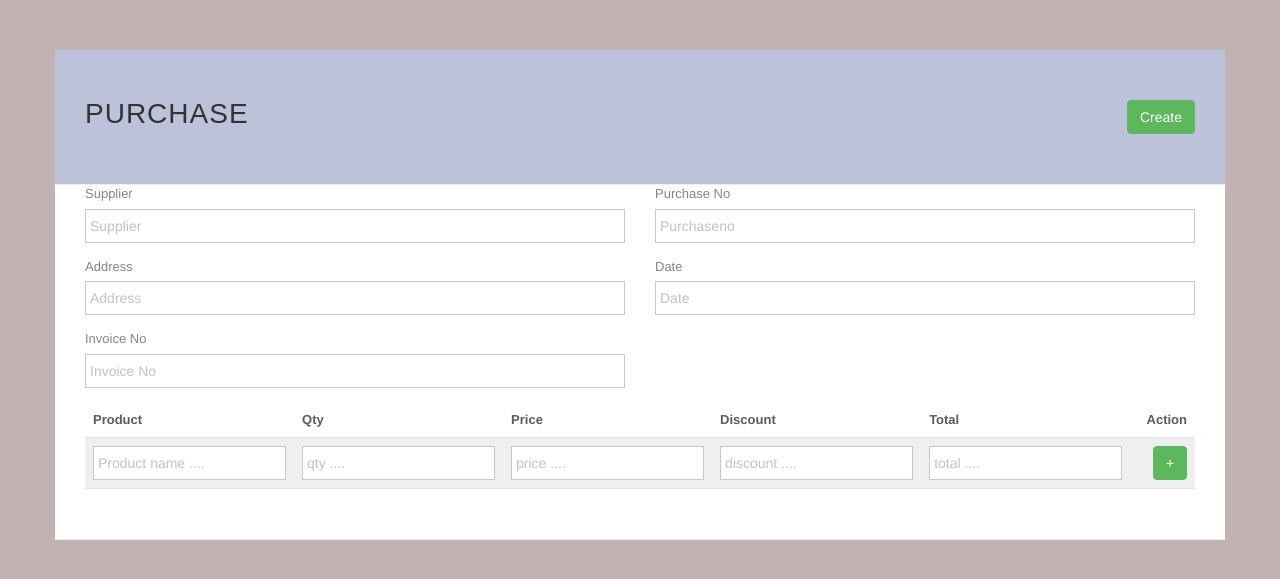
Repository: shofiulalammiyazi/bdortho
Page: http://localhost/home/purchase/purchaseCreate
These files come from the project's save history. The page is drawn as it stood at one moment and after the next save; the edit follows.
The browser window is 1280 px wide. The pictures show the whole page.
The page is this project's Thymeleaf template; nobody is signed in. Other server files are loaded and not shown. The template is opened directly, without the code that normally fills it, so the values that code supplies are empty.

Above is the page before, as saved 2021-11-26 15:54:40.

### stock/src/main/resources/templates/home/purchase/purchaseCreate.html
<!DOCTYPE html>
<html lang="en" xmlns:th="http://www.thymeleaf.org">
<head>
	<meta charset="ISO-8859-1">
	<title>Company Create</title>
	<link rel="stylesheet" href="/vendor/bootstrap/css/bootstrap.min.css">
	<link rel="stylesheet" href="/vendor/fontawesome/css/font-awesome.min.css">
	<link rel="stylesheet" href="/vendor/themify-icons/themify-icons.min.css">
	<link href="/vendor/animate.css/animate.min.css" rel="stylesheet" media="screen">
	<link href="/vendor/perfect-scrollbar/perfect-scrollbar.min.css" rel="stylesheet" media="screen">
	<link href="/vendor/switchery/switchery.min.css" rel="stylesheet" media="screen">
	<!-- end: MAIN CSS -->
	<!-- start: CLIP-TWO CSS -->
	<link rel="stylesheet" href="/assets/css/styles.css">
	<link rel="stylesheet" href="/assets/css/plugins.css">
	<link rel="stylesheet" href="/assets/css/themes/theme-1.css" id="skin_color" />


	<script src="/vendor/jquery/jquery.min.js"></script>
	<script src="/vendor/bootstrap/js/bootstrap.min.js"></script>
	<script src="/vendor/modernizr/modernizr.js"></script>
	<script src="/vendor/jquery-cookie/jquery.cookie.js"></script>
	<script src="/vendor/perfect-scrollbar/perfect-scrollbar.min.js"></script>
	<script src="/vendor/switchery/switchery.min.js"></script>

	<script src="/vendor/jquery-validation/jquery.validate.min.js"></script>
	<script src="/assets/js/main.js"></script>
	<script src="/assets/js/login.js"></script>


</head>
<style>
	body {
		background-color: #C1B2B2;
	}

	.bg-light-skyblue{
	 	background-color: #bdc2db;
	 	margin-top: 50px;
	 }




</style>

<body>
<form method="post" th:action="@{/purchase/save}">
	<div id="app">
		<div>
			<div class="wrap-content container" id="container">
				<section id="page-title" class="bg-light-skyblue">
					<div class="row">
						<div class="col-sm-8">
							<h1 class="mainTitle">Purchase</h1>
						</div>

						<div class="col-sm-4 text-right">
							<button class="btn btn-success" data-toggle="modal" onclick="editPageLoad()">Create</button>
						</div>
					</div>
				</section>

				<div>
					<div class="col-sm-6">
						<div><label>Supplier</label></div>
						<div class="form-group"><input type="text" class="form-control" id="supplier" name="supplier" placeholder="Supplier"></div>

						<div><label>Address</label></div>
						<div class="form-group"><input type="text" class="form-control" id="address" name="address" placeholder="Address"></div>

						<div><label>Invoice No</label></div>
						<div class="form-group"><input type="text" class="form-control" id="invoiceno" name="invoice_no" placeholder="Invoice No"></div>
					</div>
					<div class="col-sm-6">
						<div><label>Purchase No</label></div>
						<div class="form-group"><input type="text" class="form-control" id="purchase no" name="purchase_no" placeholder="Purchaseno"></div>

						<div><label>Date</label></div>
						<div class="form-group"><input type="text" class="form-control" id="date" name="date" placeholder="Date"></div>
					</div>
				</div>

				<div class="container-fluid container-fullw bg-white">
					<div class="row">
						<div class="col-md-12">
							<div>
								<div class="row">
									<div class="col-sm-12">
										<table id="table myTable" class="table table-striped">
											<thead>
												<tr>
													<th>Product</th>
													<th>Qty</th>
													<th>Price</th>
													<th>Discount</th>
													<th>Total</th>
													<th class="text-right">Action</th>
												</tr>
											</thead>
											<tbody >
												 <tr>
													<td><input type="text" class="form-control" id="product" name="purchaseDitalsModel[0].product" placeholder="Product name ...."></td>
													<td><input type="text" class="form-control" id="qty" name="purchaseDitalsModel[0].qty" placeholder="qty ...."></td>
													<td><input type="text" class="form-control" id="price" name="purchaseDitalsModel[0].price" placeholder="price ...."></td>
													<td><input type="text" class="form-control" id="discount" name="purchaseDitalsModel[0].discount" placeholder="discount ...."></td>
													<td><input type="text" class="form-control" id="total" name="purchaseDitalsModel[0].total" placeholder="total ...."></td>
													<td class="text-right">
														<button class="btn btn-success" onclick="myTablerow()" ><i class="">+</i></button>
													</td>
												</tr>

											</tbody>
										</table>
									</div>
								</div>
							</div>
						</div>
					</div>
				</div>
			</div>
		</div>
	</div>
</form>
</body>




<script>
	/* if (!!id) {
		showPageLoad(id);
	}

	function showPageLoad(id) {
		$.ajax({
			url: '/company/get-by-id?id='+id,
			success: function (response, xhr, status) {
				$('#show-page #name').text(response.name);
				$('#show-page #address').text(response.address);

				$('#show-page .btn-edit').attr('onclick', 'editPageLoad('+response.id+')')
				$('#show-page .btn-delete').attr('onclick', 'deletePageLoad('+response.id+')')

				$('#show-page').modal("toggle");
			}
		})
	}

	function editPageLoad(id) {
		if (!id) {
			$('#create-modal input').val('');
			$('#create-modal').modal("toggle");
		}
		else {
			$.ajax({
				url: '/company/get-by-id?id='+id,
				success: function (response, xhr, status) {
					$('#create-modal #id').val(response.id);
					$('#create-modal #name').val(response.name);
					$('#create-modal #address').val(response.address);

					$('#create-modal').modal("toggle");
				}
			})
		}
	}

	function deletePageLoad(id) {
		$('#delete-page #id').val(id);
		$('#delete-page').modal("toggle");
	}

	$(document).ready(() => {
		$('#table').DataTable({dom : 'rfltip'});
	}) */


	function myTablerow() {
		  var table = document.getElementById("myTable");
		  var row = table.insertRow(0);
		  var cell1 = row.insertCell(0);
		  var cell2 = row.insertCell(1);
		  cell1.innerHTML = "NEW CELL1";
		  cell2.innerHTML = "NEW CELL2";
		}
</script>







</html>

### stock/src/main/resources/static/assets/css/themes/theme-1.css
/* ---------------------------------------------------------------------- */
/*  Theme 1
/* ---------------------------------------------------------------------- */
::-moz-selection {
  background: #007aff;
  text-shadow: none;
  color: #ffffff;
}

::selection {
  background: #007aff;
  text-shadow: none;
  color: #ffffff;
}

body {
  background: #FAFAFA;
}

@media (max-width: 991px) {
  .app-content {
    background: #FAFAFA;
  }
}

header .navbar-header {
  background: #ffffff !important;
  border-right-color: #c8c7cc !important;
  border-bottom-color: #c8c7cc !important;
}
header .navbar-header .sidebar-toggler, header .navbar-header .sidebar-mobile-toggler {
  color: #007aff !important;
}
header .navbar-header .navbar-brand {
  color: #777 !important;
}
header .navbar-header .menu-toggler {
  color: #007aff !important;
}
header .navbar-collapse {
  background: #ffffff !important;
  border-bottom-color: #c8c7cc !important;
  box-shadow: none !important;
}
header .navbar-collapse .navbar-right > li > a {
  color: #777;
}
header .navbar-collapse .navbar-right > li > a i {
  color: #007aff !important;
}
header .navbar-collapse .navbar-right > li > a:hover, header .navbar-collapse .navbar-right > li > a:focus, header .navbar-collapse .navbar-right > li > a:active {
  background: #ebebeb !important;
}
header .navbar-collapse .navbar-right > li.open > a {
  background: #ebebeb !important;
}
header .navbar-collapse .navbar-right .dot-badge {
  border-color: #ffffff;
}
@media (max-width: 991px) {
  header .navbar-collapse {
    background: #ffffff !important;
    box-shadow: none;
  }
  header .navbar-collapse .navbar-right > li.open {
    background: #ebebeb !important;
  }
  header .navbar-collapse .navbar-right > li:hover, header .navbar-collapse .navbar-right > li:active, header .navbar-collapse .navbar-right > li:focus {
    background: #ebebeb !important;
  }
  header .navbar-collapse .navbar-right > li > a {
    color: #777;
  }
  header .navbar-collapse .navbar-right > li > a i {
    color: #007aff !important;
  }
  header .navbar-collapse .navbar-right > li > a:hover {
    background: #ebebeb !important;
  }
  header .navbar-collapse .navbar-right > li > a:focus, header .navbar-collapse .navbar-right > li > a:active {
    background: none !important;
  }
  header .navbar-collapse .navbar-right > li.open > a {
    background: #ebebeb !important;
  }
}
@media (max-width: 991px) and (max-width: 767px) {
  header .navbar-collapse .navbar-right > li {
    border-bottom: 1px solid #c8c7cc !important;
  }
}
@media (max-width: 991px) {
  header .navbar-collapse .navbar-right .dot-badge {
    border-color: #ffffff;
  }
}
@media (max-width: 767px) {
  header .navbar-collapse {
    background: #ffffff !important;
  }
  header .navbar-collapse .close-handle {
    background: #ffffff;
  }
  header .navbar-collapse .close-handle .arrow-left, header .navbar-collapse .close-handle .arrow-right {
    background-color: #007aff;
  }
  header .navbar-collapse .navbar-right .current-user a i {
    color: #ffffff !important;
    background: rgba(0, 122, 255, 0.3);
  }
}
header .dropdown-off-sidebar {
  border-left-color: #c8c7cc !important;
  background: #ffffff !important;
  color: #007aff !important;
}
@media (max-width: 991px) {
  header .dropdown-off-sidebar {
    background: #ffffff !important;
    border-left-color: #c8c7cc !important;
    color: #007aff !important;
  }
}

#sidebar {
  background: #EFEFF4 !important;
}
#sidebar:before {
  border-right-width: "1px" !important;
  border-right-style: solid;
  border-right-color: #c8c7cc !important;
}
#sidebar nav {
  border-right-width: "1px" !important;
  border-right-style: solid;
  border-right-color: #c8c7cc !important;
}
#sidebar nav .navbar-title {
  color: #aaaaaa;
}
#sidebar nav > ul {
  background: #ffffff !important;
  border-bottom-color: #c8c7cc !important;
  border-top-color: #c8c7cc !important;
}
#sidebar nav > ul > li a:active:focus {
  background: #e6e6e6 !important;
}
#sidebar nav > ul > li > a .item-media > i {
  color: #007aff !important;
}
#sidebar nav > ul > li > a .item-media .fa-stack .fa-square {
  color: #007aff !important;
}
#sidebar nav > ul > li > a .item-inner {
  color: #777 !important;
  border-bottom-color: #c8c7cc;
}
#sidebar nav > ul > li.hover {
  background: #f2f2f2 !important;
}
#sidebar nav > ul > li.open {
  background: #f2f2f2 !important;
}
.no-touch #sidebar nav > ul > li:hover {
  background: #f2f2f2 !important;
}
#sidebar nav > ul > li.active {
  background: #007aff !important;
}
#sidebar nav > ul > li.active:hover {
  background: #007aff !important;
}
@media (min-width: 992px) {
  #sidebar nav > ul > li.active:before {
    border-right-color: #c8c7cc !important;
  }
  #sidebar nav > ul > li.active:after {
    border-right-color: #FAFAFA !important;
  }
}
#sidebar nav > ul > li.active > a:active:focus {
  background: #006ee6 !important;
}
#sidebar nav > ul > li.active > a .item-inner {
  color: #ffffff !important;
}
#sidebar nav > ul > li.active > a .item-media > i {
  color: #ffffff !important;
}
#sidebar nav > ul > li.active > a .item-media .fa-stack .fa-square {
  color: #007aff !important;
}
#sidebar nav > ul > li.active .sub-menu {
  background: #f7f7f7;
}
#sidebar nav > ul .sub-menu {
  background: #f7f7f7;
}
#sidebar nav > ul .sub-menu > li.open {
  background: #f2f2f2 !important;
}
#sidebar nav > ul .sub-menu > li a {
  color: #777;
}
#sidebar nav > ul .sub-menu > li.active a {
  background: #e0e0e0 !important;
}
#sidebar nav ul > li.hover {
  background: #f2f2f2;
}
.no-touch #sidebar nav ul > li:hover {
  background: #f2f2f2;
}
#sidebar nav ul > li.open {
  background: #f2f2f2;
}
#sidebar nav .button-o {
  border-color: #007aff !important;
  color: #007aff !important;
}

@media (min-width: 992px) {
  .app-sidebar-closed .app-aside .search-form {
    background: #dddde8 !important;
    border-bottom-color: #c8c7cc !important;
  }
  .app-sidebar-closed .app-aside .search-form > a {
    color: #777;
  }
  .app-sidebar-closed .app-aside .navbar-form {
    background: #dddde8 !important;
  }
  .app-sidebar-closed .app-aside .navbar-form a {
    color: #777 !important;
  }
  .app-sidebar-closed .app-aside .navbar-form .form-group input {
    background: rgba(255, 255, 255, 0.4);
  }
  .app-sidebar-closed .app-aside .navbar-form .form-group input::-webkit-input-placeholder {
    /* WebKit browsers */
    color: #777;
  }
  .app-sidebar-closed .app-aside .navbar-form .form-group input:-moz-placeholder {
    /* Mozilla Firefox 4 to 18 */
    color: #777;
  }
  .app-sidebar-closed .app-aside .navbar-form .form-group input::-moz-placeholder {
    /* Mozilla Firefox 19+ */
    color: #777;
  }
  .app-sidebar-closed .app-aside .navbar-form .form-group input:-ms-input-placeholder {
    /* Internet Explorer 10+ */
    color: #777;
  }
  .app-sidebar-closed .app-aside > .item-inner {
    background: #e6e6e6 !important;
  }
  .app-sidebar-closed .app-aside > .item-inner .title {
    color: #777 !important;
  }
  .app-sidebar-closed .app-aside > .item-inner.active {
    background: #e6e6e6 !important;
  }
  .app-sidebar-closed .app-aside > .item-inner.active:before {
    border-left: 12px solid #c8c7cc;
  }
  .app-sidebar-closed .app-aside > .item-inner.active:after {
    border-left: 12px solid #007aff !important;
  }
  .app-sidebar-closed .app-aside > .item-inner:before {
    border-left: 12px solid #c8c7cc;
  }
  .app-sidebar-closed .app-aside > .item-inner:after {
    border-left: 12px solid #f2f2f2 !important;
  }
  .app-sidebar-closed .app-aside .form-group {
    background: #dddde8 !important;
    border-color: #c8c7cc !important;
  }
  .app-sidebar-closed .app-aside .sub-menu {
    background: #ffffff;
  }
  .app-sidebar-closed .app-aside .sub-menu li a {
    color: #777 !important;
  }
  .app-sidebar-closed .app-aside .sub-menu li a.hover {
    background: #e6e6e6 !important;
  }
  .no-touch .app-sidebar-closed .app-aside .sub-menu li a:hover {
    background: #e6e6e6 !important;
  }
  .app-sidebar-closed .app-aside .sub-menu li.active > a, .app-sidebar-closed .app-aside .sub-menu li.open > a {
    background: #e6e6e6 !important;
  }
}
@media (min-width: 992px) {
  .app-sidebar-closed ul.sub-menu {
    border-right-color: #c8c7cc !important;
    border-bottom-color: #c8c7cc !important;
  }
}

.navbar-form {
  background: #dddde8 !important;
}
.navbar-form .search-button {
  color: #777;
}
.navbar-form .form-control {
  background: transparent !important;
}
.navbar-form .form-control::-webkit-input-placeholder {
  /* WebKit browsers */
  color: rgba(119, 119, 119, 0.5);
}
.navbar-form .form-control:-moz-placeholder {
  /* Mozilla Firefox 4 to 18 */
  color: rgba(119, 119, 119, 0.5);
}
.navbar-form .form-control::-moz-placeholder {
  /* Mozilla Firefox 19+ */
  color: rgba(119, 119, 119, 0.5);
}
.navbar-form .form-control:-ms-input-placeholder {
  /* Internet Explorer 10+ */
  color: rgba(119, 119, 119, 0.5);
}
.navbar-form .form-control:focus {
  background-color: #ffffff !important;
  border-color: #ffffff;
  transition: all 300ms ease-in 0s;
}
.navbar-form .form-control:focus + .search-button {
  color: #aeacb4;
}
.navbar-form .form-control:focus::-webkit-input-placeholder {
  /* WebKit browsers */
  color: #c2c2c5 !important;
}
.navbar-form .form-control:focus:-moz-placeholder {
  /* Mozilla Firefox 4 to 18 */
  color: #c2c2c5 !important;
}
.navbar-form .form-control:focus::-moz-placeholder {
  /* Mozilla Firefox 19+ */
  color: #c2c2c5 !important;
}
.navbar-form .form-control:focus:-ms-input-placeholder {
  /* Internet Explorer 10+ */
  color: #c2c2c5 !important;
}

#off-sidebar {
  background: #ffffff !important;
  border-color: #c8c7cc !important;
}
#off-sidebar .sidebar-back {
  color: #007aff;
}
#off-sidebar .tab-content {
  background: #ffffff !important;
}
#off-sidebar .nav-tabs.nav-justified > li > a {
  border-color: #c8c7cc;
  color: rgba(0, 122, 255, 0.7);
  background: #f2f2f2;
}
#off-sidebar .nav-tabs.nav-justified > li > a:hover, #off-sidebar .nav-tabs.nav-justified > li > a:focus {
  background: #e6e6e6;
  color: rgba(0, 122, 255, 0.8);
}
#off-sidebar .nav-tabs.nav-justified > li.active > a, #off-sidebar .nav-tabs.nav-justified > li.active > a:hover, #off-sidebar .nav-tabs.nav-justified > li.active > a:focus {
  color: #007aff;
  background: #ffffff;
  border-bottom-color: #ffffff;
}
#off-sidebar .media-list .media {
  border-color: #c8c7cc;
  color: #777;
}
#off-sidebar .media-list .media a:hover {
  background: #e6e6e6;
}
#off-sidebar .media-list .media .media-heading {
  color: #777 !important;
}
#off-sidebar .media-list .media .media-body span {
  color: #919191;
}
#off-sidebar .sidebar-title {
  color: #777;
}
#off-sidebar .discussion .messages-date {
  color: #777;
}
#off-sidebar .discussion .message-name {
  color: #777;
}
#off-sidebar .message-bar {
  background: #e6e6e6;
  border-top-color: #c8c7cc;
}
#off-sidebar .message-bar textarea {
  background: #fff;
  border-color: #c8c7cc;
}
#off-sidebar .message-bar .link {
  color: #007aff;
}
#off-sidebar .message-bar a.icon-only {
  color: #777;
}

.ps-container > .ps-scrollbar-y-rail > .ps-scrollbar-y {
  background-color: #999 !important;
}

#app > footer {
  background: #ffffff !important;
  border-top-color: #c8c7cc !important;
  color: #777;
}

Loaded but not shown: stock/src/main/resources/static/assets/css/styles.css (library); stock/src/main/resources/static/assets/js/main.js (481 lines, source omitted); stock/src/main/resources/static/assets/js/login.js (134 lines, source omitted); stock/src/main/resources/static/assets/css/plugins.css (695 lines, source omitted)

After the next save:
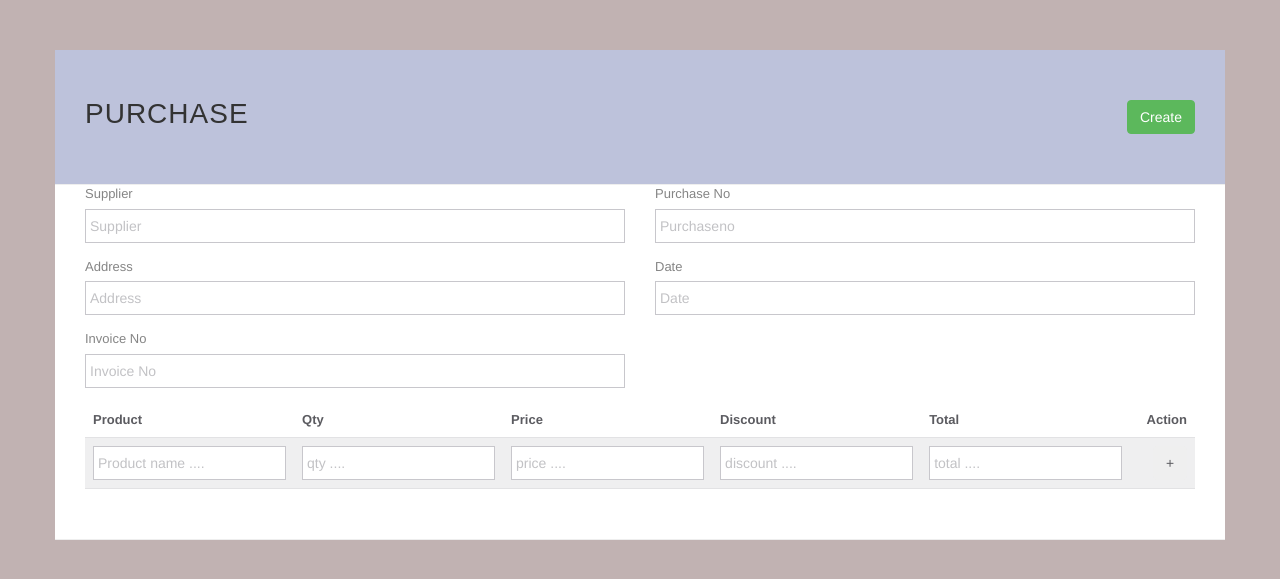
Saved 114 s later.
--- a/stock/src/main/resources/templates/home/purchase/purchaseCreate.html
+++ b/stock/src/main/resources/templates/home/purchase/purchaseCreate.html
@@ -106,7 +106,7 @@
 													<td><input type="text" class="form-control" id="discount" name="purchaseDitalsModel[0].discount" placeholder="discount ...."></td>
 													<td><input type="text" class="form-control" id="total" name="purchaseDitalsModel[0].total" placeholder="total ...."></td>
 													<td class="text-right">
-														<button class="btn btn-success" onclick="myTablerow()" ><i class="">+</i></button>
+														<button class="btn" onclick="myTablerow()" ><i class="">+</i></button>
 													</td>
 												</tr>
 
